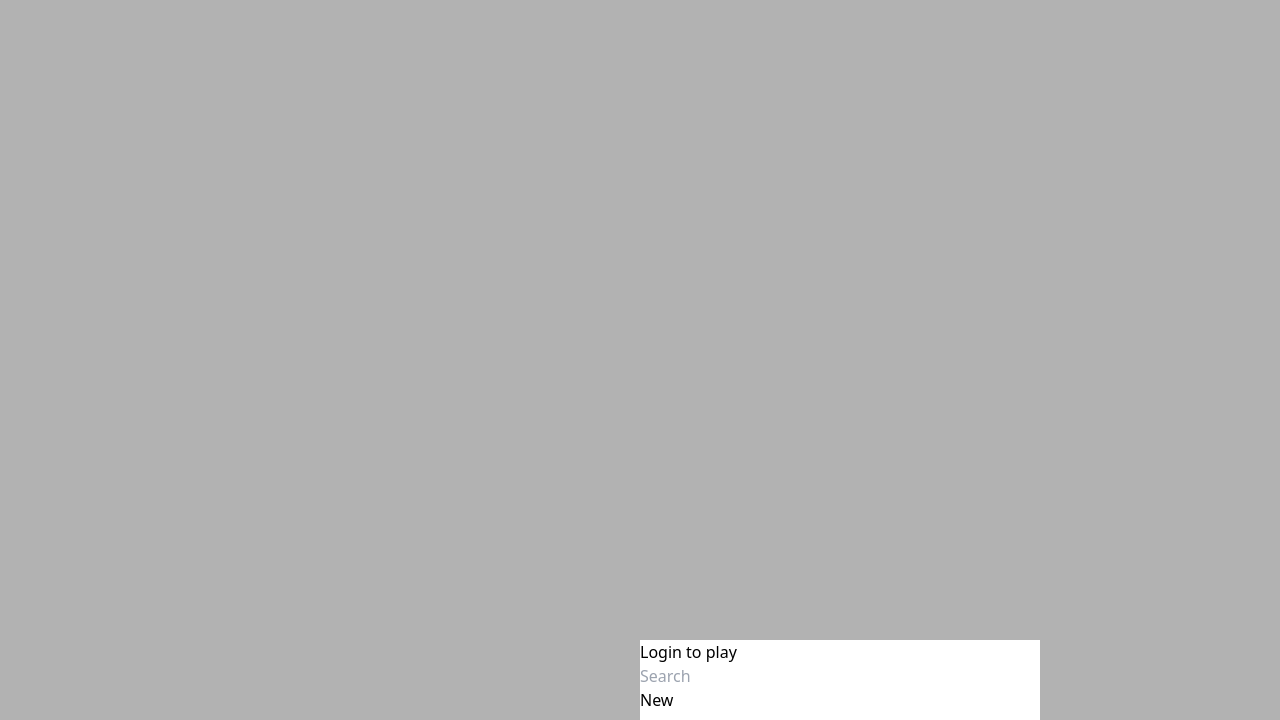
Repository: Teddy1705/demo_pj
Page: /
The author's editor kept a copy of each file at every save. The page is drawn from the files as they stood at one save, then again after the next save.
The browser window is 1280 px wide. The pictures show the whole page.
The project was rebuilt for these pictures with package versions that can differ from the ones it lists, and the page was loaded fresh each time. Also part of the build but not shown: vite.config.js.

Above is the page before, as saved 2024-04-16 08:54:08.

### index.html
<!DOCTYPE html>
<html lang="en">
  <head>
    <meta charset="UTF-8" />
    <link rel="icon" type="image/svg+xml" href="/vite.svg" />
    <meta name="viewport" content="width=device-width, initial-scale=1.0" />
    <title>Tic Tac Toe</title>
    <link rel="stylesheet" href="./src/index.css" />
  </head>
  <body>
    <div id="root"></div>
    <script type="module" src="/src/main.jsx"></script>
  </body>
</html>

### src/index.css
:root {
  --white-color: #fff;
  --black-color: #000;
}

/*
1. Prevent padding and border from affecting element width. (https://github.com/mozdevs/cssremedy/issues/4)
2. Allow adding a border to an element by just adding a border-width. (https://github.com/tailwindcss/tailwindcss/pull/116)
*/

*,
::before,
::after {
  box-sizing: border-box;
  /* 1 */
  border-width: 0;
  /* 2 */
  border-style: solid;
  /* 2 */
  border-color: #e5e7eb;
  /* 2 */
}

::before,
::after {
  --tw-content: "";
}

/*
1. Use a consistent sensible line-height in all browsers.
2. Prevent adjustments of font size after orientation changes in iOS.
3. Use a more readable tab size.
4. Use the user's configured `sans` font-family by default.
5. Use the user's configured `sans` font-feature-settings by default.
6. Use the user's configured `sans` font-variation-settings by default.
7. Disable tap highlights on iOS
*/

html,
:host {
  line-height: 1.5;
  /* 1 */
  -webkit-text-size-adjust: 100%;
  /* 2 */
  -moz-tab-size: 4;
  /* 3 */
  -o-tab-size: 4;
  tab-size: 4;
  /* 3 */
  font-family: ui-sans-serif, system-ui, sans-serif, "Apple Color Emoji",
    "Segoe UI Emoji", "Segoe UI Symbol", "Noto Color Emoji";
  /* 4 */
  font-feature-settings: normal;
  /* 5 */
  font-variation-settings: normal;
  /* 6 */
  -webkit-tap-highlight-color: transparent;
  /* 7 */
}

/*
1. Remove the margin in all browsers.
2. Inherit line-height from `html` so users can set them as a class directly on the `html` element.
*/

body {
  margin: 0;
  /* 1 */
  line-height: inherit;
  /* 2 */
}

/*
1. Add the correct height in Firefox.
2. Correct the inheritance of border color in Firefox. (https://bugzilla.mozilla.org/show_bug.cgi?id=190655)
3. Ensure horizontal rules are visible by default.
*/

hr {
  height: 0;
  /* 1 */
  color: inherit;
  /* 2 */
  border-top-width: 1px;
  /* 3 */
}

/*
Add the correct text decoration in Chrome, Edge, and Safari.
*/

abbr:where([title]) {
  -webkit-text-decoration: underline dotted;
  text-decoration: underline dotted;
}

/*
Remove the default font size and weight for headings.
*/

h1,
h2,
h3,
h4,
h5,
h6 {
  font-size: inherit;
  font-weight: inherit;
}

/*
Reset links to optimize for opt-in styling instead of opt-out.
*/

a {
  color: inherit;
  text-decoration: inherit;
}

/*
Add the correct font weight in Edge and Safari.
*/

b,
strong {
  font-weight: bolder;
}

/*
1. Use the user's configured `mono` font-family by default.
2. Use the user's configured `mono` font-feature-settings by default.
3. Use the user's configured `mono` font-variation-settings by default.
4. Correct the odd `em` font sizing in all browsers.
*/

code,
kbd,
samp,
pre {
  font-family: ui-monospace, SFMono-Regular, Menlo, Monaco, Consolas,
    "Liberation Mono", "Courier New", monospace;
  /* 1 */
  font-feature-settings: normal;
  /* 2 */
  font-variation-settings: normal;
  /* 3 */
  font-size: 1em;
  /* 4 */
}

/*
Add the correct font size in all browsers.
*/

small {
  font-size: 80%;
}

/*
Prevent `sub` and `sup` elements from affecting the line height in all browsers.
*/

sub,
sup {
  font-size: 75%;
  line-height: 0;
  position: relative;
  vertical-align: baseline;
}

sub {
  bottom: -0.25em;
}

sup {
  top: -0.5em;
}

/*
1. Remove text indentation from table contents in Chrome and Safari. (https://bugs.chromium.org/p/chromium/issues/detail?id=999088, https://bugs.webkit.org/show_bug.cgi?id=201297)
2. Correct table border color inheritance in all Chrome and Safari. (https://bugs.chromium.org/p/chromium/issues/detail?id=935729, https://bugs.webkit.org/show_bug.cgi?id=195016)
3. Remove gaps between table borders by default.
*/

table {
  text-indent: 0;
  /* 1 */
  border-color: inherit;
  /* 2 */
  border-collapse: collapse;
  /* 3 */
}

/*
1. Change the font styles in all browsers.
2. Remove the margin in Firefox and Safari.
3. Remove default padding in all browsers.
*/

button,
input,
optgroup,
select,
textarea {
  font-family: inherit;
  /* 1 */
  font-feature-settings: inherit;
  /* 1 */
  font-variation-settings: inherit;
  /* 1 */
  font-size: 100%;
  /* 1 */
  font-weight: inherit;
  /* 1 */
  line-height: inherit;
  /* 1 */
  letter-spacing: inherit;
  /* 1 */
  color: inherit;
  /* 1 */
  margin: 0;
  /* 2 */
  padding: 0;
  /* 3 */
}

/*
Remove the inheritance of text transform in Edge and Firefox.
*/

button,
select {
  text-transform: none;
}

/*
1. Correct the inability to style clickable types in iOS and Safari.
2. Remove default button styles.
*/

button,
input:where([type="button"]),
input:where([type="reset"]),
input:where([type="submit"]) {
  -webkit-appearance: button;
  /* 1 */
  background-color: transparent;
  /* 2 */
  background-image: none;
  /* 2 */
}

/*
Use the modern Firefox focus style for all focusable elements.
*/

:-moz-focusring {
  outline: auto;
}

/*
Remove the additional `:invalid` styles in Firefox. (https://github.com/mozilla/gecko-dev/blob/2f9eacd9d3d995c937b4251a5557d95d494c9be1/layout/style/res/forms.css#L728-L737)
*/

:-moz-ui-invalid {
  box-shadow: none;
}

/*
Add the correct vertical alignment in Chrome and Firefox.
*/

progress {
  vertical-align: baseline;
}

/*
Correct the cursor style of increment and decrement buttons in Safari.
*/

::-webkit-inner-spin-button,
::-webkit-outer-spin-button {
  height: auto;
}

/*
1. Correct the odd appearance in Chrome and Safari.
2. Correct the outline style in Safari.
*/

[type="search"] {
  -webkit-appearance: textfield;
  /* 1 */
  outline-offset: -2px;
  /* 2 */
}

/*
Remove the inner padding in Chrome and Safari on macOS.
*/

::-webkit-search-decoration {
  -webkit-appearance: none;
}

/*
1. Correct the inability to style clickable types in iOS and Safari.
2. Change font properties to `inherit` in Safari.
*/

::-webkit-file-upload-button {
  -webkit-appearance: button;
  /* 1 */
  font: inherit;
  /* 2 */
}

/*
Add the correct display in Chrome and Safari.
*/

summary {
  display: list-item;
}

/*
Removes the default spacing and border for appropriate elements.
*/

blockquote,
dl,
dd,
h1,
h2,
h3,
h4,
h5,
h6,
hr,
figure,
p,
pre {
  margin: 0;
}

fieldset {
  margin: 0;
  padding: 0;
}

legend {
  padding: 0;
}

ol,
ul,
menu {
  list-style: none;
  margin: 0;
  padding: 0;
}

/*
Reset default styling for dialogs.
*/

dialog {
  padding: 0;
}

/*
Prevent resizing textareas horizontally by default.
*/

textarea {
  resize: vertical;
}

/*
1. Reset the default placeholder opacity in Firefox. (https://github.com/tailwindlabs/tailwindcss/issues/3300)
2. Set the default placeholder color to the user's configured gray 400 color.
*/

input::-moz-placeholder,
textarea::-moz-placeholder {
  opacity: 1;
  /* 1 */
  color: #9ca3af;
  /* 2 */
}

input::placeholder,
textarea::placeholder {
  opacity: 1;
  /* 1 */
  color: #9ca3af;
  /* 2 */
}

/*
Set the default cursor for buttons.
*/

button,
[role="button"] {
  cursor: pointer;
}

/*
Make sure disabled buttons don't get the pointer cursor.
*/

:disabled {
  cursor: default;
}

/*
1. Make replaced elements `display: block` by default. (https://github.com/mozdevs/cssremedy/issues/14)
2. Add `vertical-align: middle` to align replaced elements more sensibly by default. (https://github.com/jensimmons/cssremedy/issues/14#issuecomment-634934210)
   This can trigger a poorly considered lint error in some tools but is included by design.
*/

img,
svg,
video,
canvas,
audio,
iframe,
embed,
object {
  display: block;
  /* 1 */
  vertical-align: middle;
  /* 2 */
}

/*
Constrain images and videos to the parent width and preserve their intrinsic aspect ratio. (https://github.com/mozdevs/cssremedy/issues/14)
*/

img,
video {
  max-width: 100%;
  height: auto;
}

/* Make elements with the HTML hidden attribute stay hidden by default */

[hidden] {
  display: none;
}

*,
::before,
::after {
  --tw-border-spacing-x: 0;
  --tw-border-spacing-y: 0;
  --tw-translate-x: 0;
  --tw-translate-y: 0;
  --tw-rotate: 0;
  --tw-skew-x: 0;
  --tw-skew-y: 0;
  --tw-scale-x: 1;
  --tw-scale-y: 1;
  --tw-pan-x: ;
  --tw-pan-y: ;
  --tw-pinch-zoom: ;
  --tw-scroll-snap-strictness: proximity;
  --tw-gradient-from-position: ;
  --tw-gradient-via-position: ;
  --tw-gradient-to-position: ;
  --tw-ordinal: ;
  --tw-slashed-zero: ;
  --tw-numeric-figure: ;
  --tw-numeric-spacing: ;
  --tw-numeric-fraction: ;
  --tw-ring-inset: ;
  --tw-ring-offset-width: 0px;
  --tw-ring-offset-color: #fff;
  --tw-ring-color: rgb(59 130 246 / 0.5);
  --tw-ring-offset-shadow: 0 0 #0000;
  --tw-ring-shadow: 0 0 #0000;
  --tw-shadow: 0 0 #0000;
  --tw-shadow-colored: 0 0 #0000;
  --tw-blur: ;
  --tw-brightness: ;
  --tw-contrast: ;
  --tw-grayscale: ;
  --tw-hue-rotate: ;
  --tw-invert: ;
  --tw-saturate: ;
  --tw-sepia: ;
  --tw-drop-shadow: ;
  --tw-backdrop-blur: ;
  --tw-backdrop-brightness: ;
  --tw-backdrop-contrast: ;
  --tw-backdrop-grayscale: ;
  --tw-backdrop-hue-rotate: ;
  --tw-backdrop-invert: ;
  --tw-backdrop-opacity: ;
  --tw-backdrop-saturate: ;
  --tw-backdrop-sepia: ;
  --tw-contain-size: ;
  --tw-contain-layout: ;
  --tw-contain-paint: ;
  --tw-contain-style: ;
}

::backdrop {
  --tw-border-spacing-x: 0;
  --tw-border-spacing-y: 0;
  --tw-translate-x: 0;
  --tw-translate-y: 0;
  --tw-rotate: 0;
  --tw-skew-x: 0;
  --tw-skew-y: 0;
  --tw-scale-x: 1;
  --tw-scale-y: 1;
  --tw-pan-x: ;
  --tw-pan-y: ;
  --tw-pinch-zoom: ;
  --tw-scroll-snap-strictness: proximity;
  --tw-gradient-from-position: ;
  --tw-gradient-via-position: ;
  --tw-gradient-to-position: ;
  --tw-ordinal: ;
  --tw-slashed-zero: ;
  --tw-numeric-figure: ;
  --tw-numeric-spacing: ;
  --tw-numeric-fraction: ;
  --tw-ring-inset: ;
  --tw-ring-offset-width: 0px;
  --tw-ring-offset-color: #fff;
  --tw-ring-color: rgb(59 130 246 / 0.5);
  --tw-ring-offset-shadow: 0 0 #0000;
  --tw-ring-shadow: 0 0 #0000;
  --tw-shadow: 0 0 #0000;
  --tw-shadow-colored: 0 0 #0000;
  --tw-blur: ;
  --tw-brightness: ;
  --tw-contrast: ;
  --tw-grayscale: ;
  --tw-hue-rotate: ;
  --tw-invert: ;
  --tw-saturate: ;
  --tw-sepia: ;
  --tw-drop-shadow: ;
  --tw-backdrop-blur: ;
  --tw-backdrop-brightness: ;
  --tw-backdrop-contrast: ;
  --tw-backdrop-grayscale: ;
  --tw-backdrop-hue-rotate: ;
  --tw-backdrop-invert: ;
  --tw-backdrop-opacity: ;
  --tw-backdrop-saturate: ;
  --tw-backdrop-sepia: ;
  --tw-contain-size: ;
  --tw-contain-layout: ;
  --tw-contain-paint: ;
  --tw-contain-style: ;
}

#modal {
  position: fixed;
  top: 0;
  right: 0;
  bottom: 0;
  left: 0;
}

#modal .modal__overlay {
  position: absolute;
  width: 100%;
  height: 100%;
  background-color: rgba(0, 0, 0, 0.3);
}

#modal .modal__body {
  position: relative;
  background-color: var(--white-color);
  margin: 50%;
  width: 400px;
  height: 400px;
}

### src/main.jsx
import React from "react";
import ReactDOM from "react-dom/client";
import App from "./App.jsx";
import { createBrowserRouter, RouterProvider } from "react-router-dom";
import Root from "./routes/root";
import "./index.css";

const router = createBrowserRouter([
  {
    path: "/",
    element: <Root />,
  },
]);

ReactDOM.createRoot(document.getElementById("root")).render(
  <React.StrictMode>
    <RouterProvider router={router} />
    <App />
  </React.StrictMode>
);

### src/routes/root.jsx
export default function Root() {
  return (
    <>
      <div id="modal">
        <div className="modal__overlay"></div>
        <div className="modal__body">
          <h1>Login to play</h1>
          <form id="search-form" role="search">
            <input
              id="q"
              aria-label="Search contacts"
              placeholder="Search"
              type="search"
              name="q"
            />
            <div id="search-spinner" aria-hidden hidden={true} />
            <div className="sr-only" aria-live="polite"></div>
          </form>
          <form method="post">
            <button type="submit">New</button>
          </form>
        </div>
        <nav>
          <ul>
            <li>
              <a
                href={`https://codesandbox.io/s/q2z497?file=%2Fsrc%2FApp.js&utm_medium=sandpack`}
              >
                Your Name
              </a>
            </li>
            <li>
              <a href={`/contacts/2`}>Your Friend</a>
            </li>
          </ul>
        </nav>
      </div>
      <div id="detail"></div>
    </>
  );
}

Loaded but not shown: src/App.jsx (common file)

After the next save:
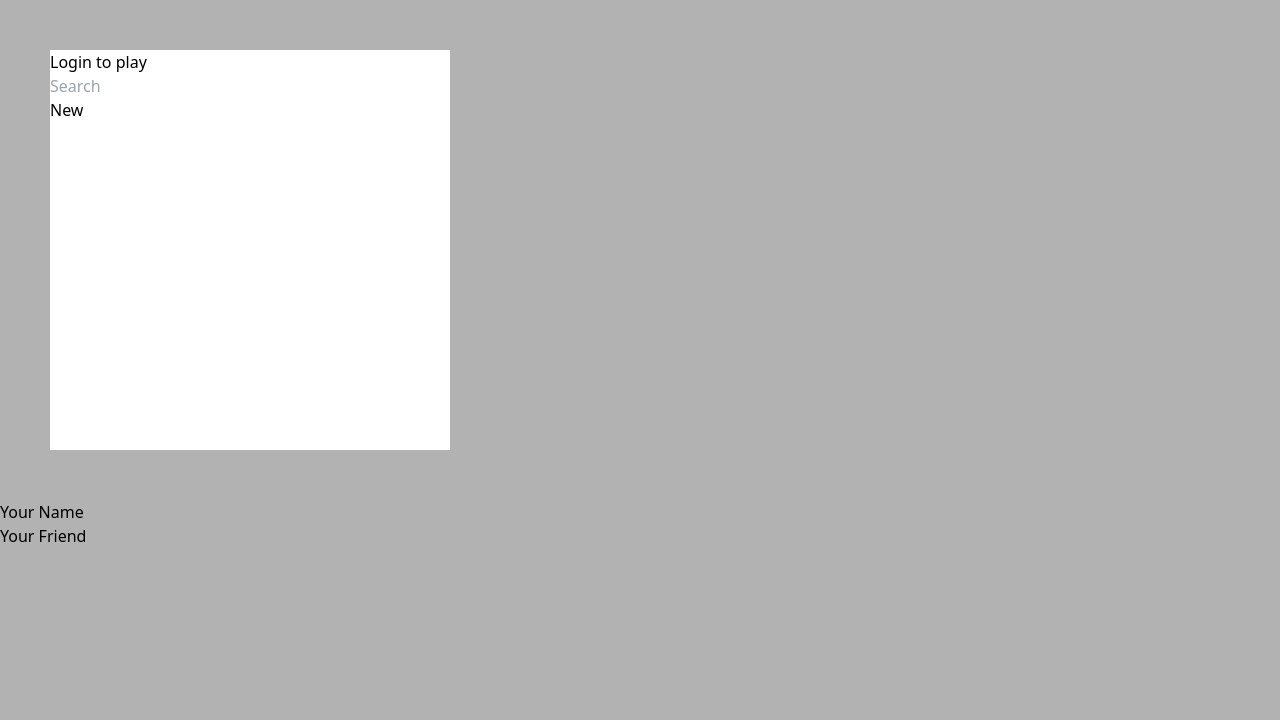
Saved 11 s later.
--- a/src/index.css
+++ b/src/index.css
@@ -578,7 +578,7 @@ video {
 #modal .modal__body {
   position: relative;
   background-color: var(--white-color);
-  margin: 50%;
+  margin: 50px;
   width: 400px;
   height: 400px;
 }
